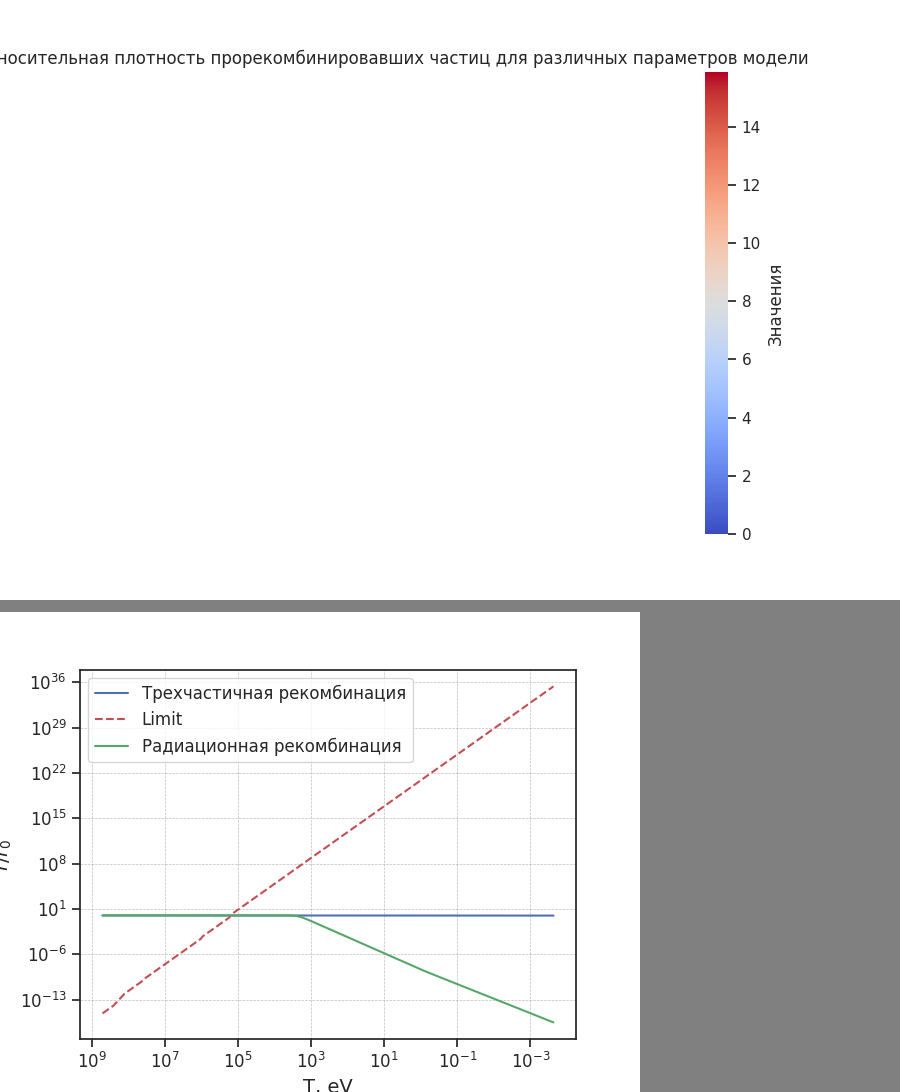
Repository: impermast/recombination
Script's output: python raschet/rec.py
An editor plug-in stored every save of this project. The script's output is shown before and after the next save, followed by the edit.
Each picture stacks the figures in order, with grey between them; figures that are only written to a file come last. Random numbers start from a fixed seed.

Above is the script's output before, as saved 2023-05-13 21:35:48.

After the next save:
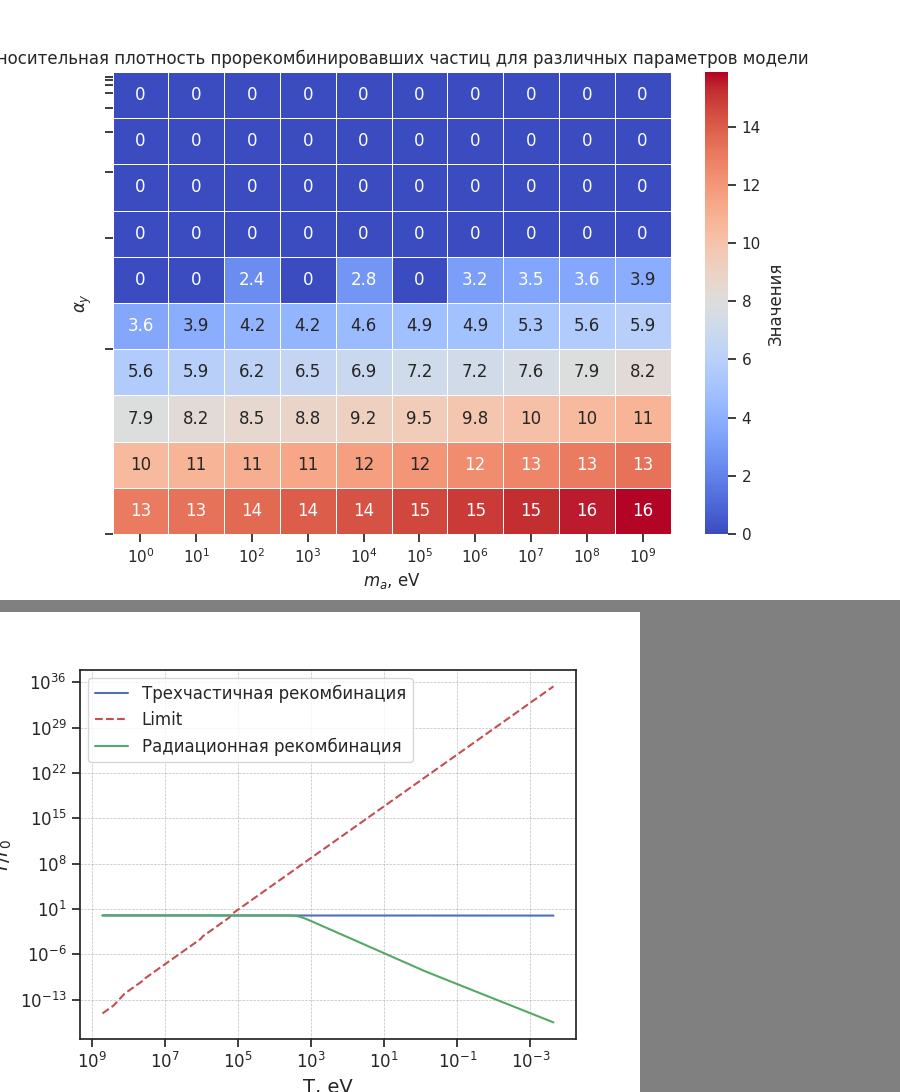
Saved 15 s later.
--- a/raschet/rec.py
+++ b/raschet/rec.py
@@ -85,7 +85,7 @@ def heatplot(df):
     ax.set(xlabel=r'$m_a$, eV', ylabel=r'$\alpha_y$', title='Относительная плотность прорекомбинировавших частиц для различных параметров модели')
     ax.xaxis.set_major_formatter(ticker.FuncFormatter(lambda x, pos: f'$10^{{{(x-0.5):.0f}}}$'))
     plt.xticks(rotation=0)
-    plt.yticks(np.logspace(0.1,1000,10))
+    plt.yticks(np.logspace(-1,1,10))
     # Add contour lines
     # x = np.arange(df.shape[1])
     # y = np.arange(df.shape[0])
